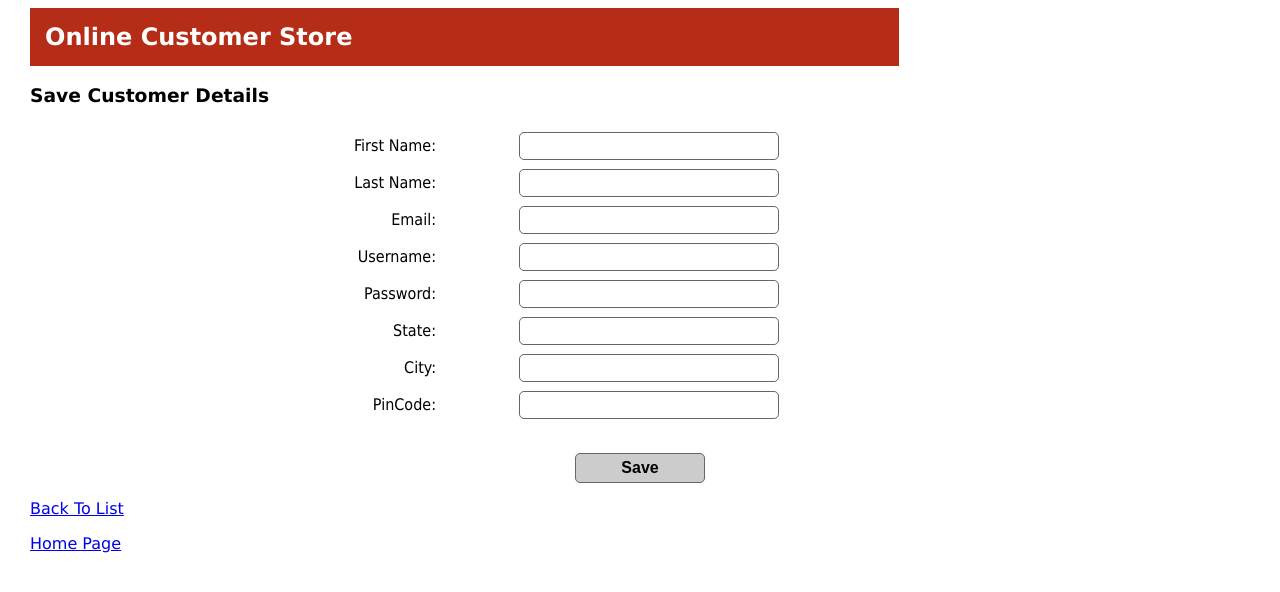
Repository: vsc8791/IMS
Page: http://localhost/onlinebookstore/WEB-INF/view/customer-form.jsp
An editor plug-in stored every save of this project. The page is shown before and after the next save, followed by the edit.
The browser window is 1280 px wide. The pictures show the whole page.
The page is served by Tomcat 9. Nobody is signed in. Other server files are loaded and not shown. The template is opened directly, without the code that normally fills it, so the values that code supplies are empty.

Above is the page before, as saved 2018-07-30 13:49:58.

### onlinebookstore/WebContent/WEB-INF/view/customer-form.jsp
 <%@ taglib prefix="form" uri="http://www.springframework.org/tags/form"%>
<!DOCTYPE html>
<html>
<head>

<title>Save Customer</title>
<link type="text/css" rel="stylesheet"
	href="${pageContext.request.contextPath}/resources/css/style.css">

<title>Save Customer</title>
<link type="text/css" rel="stylesheet"
	href="${pageContext.request.contextPath}/resources/css/add-customer-style.css">
</head>
<body>
	<div id="wrapper">
		<div id="header">
			<h2>Online Customer Store</h2>
		</div>
	</div>
	<div>
		<h3>Save Customer Details</h3>

		<h1 align="center" style="color:red">${message}</h1>
		<form:form action="saveCustomerRegistration" modelAttribute="customer"
			method="POST">
			<!-- need to associate this data with Customer Id -->
			<form:hidden path="id"/>

			<table align="center">
				<tbody>

					<tr>
						<td><label>First Name:</label></td>
						<td><form:input path="firstname" /></td>
					</tr>

					<tr>
						<td><label>Last Name:</label></td>
						<td><form:input path="lastname" /></td>
					</tr>

					<tr>
						<td><label>Email:</label></td>
						<td><form:input path="email" type="email" /></td>
					</tr>


					<tr>
						<td><label>Username:</label></td>
						<td><form:input path="username"/></td>
					</tr>
					<tr>
						<td><label>Password:</label></td>
						<td><form:input path="password" type="password" /></td>
					</tr>
					<tr>
						<td><label>State:</label></td>
						<td><form:input path="state" /></td>
					</tr>
					<tr>
						<td><label>City:</label></td>
						<td><form:input path="city"/></td>
					</tr>

					<tr>
						<td><label>PinCode:</label></td>
						<td><form:input path="pincode"  type="number"/></td>
					</tr>

				</tbody>

			</table>
			<center><input  type="submit" value="Save" class="save" /></center>
		</form:form>
		<!--  <center><input  type="submit" value="Save" class="save"/> </center> -->
		<div style="clear;both;"></div>
		<p><a href="${pageContext.request.contextPath}/customer/list">Back To List</a></p>
			<a href="http://localhost:8082/onlinebookstore/">Home Page</a>
	</div>

</body>


</html>

### onlinebookstore/WebContent/resources/css/style.css
html, body{
	margin-left:15px; margin-right:15px;
	padding:0px;
	font-family:Verdana, Arial, Helvetica, sans-serif;
}

table {
	border-collapse:collapse;
	border-bottom:1px solid gray;
	font-family: Tahoma,Verdana,Segoe,sans-serif;
	width:72%;
}

th {
	border-bottom:1px solid gray;
	background:none repeat scroll 0 0 #ff8080;
	padding:10px;
	color: #FFFFFF;
}

tr {
	border-top:1px solid gray;
	text-align:center;
}

tr:nth-child(even) {background: #FFFFFF}
tr:nth-child(odd) {background: #BBBBBB}

#wrapper {width: 100%; margin-top: 0px; }
#header {width: 70%; background:#b52c17; margin-top: 0px; padding:15px 0px 15px 15px;}
#header h2 {width: 100%; margin:auto; color: #FFFFFF;}
#container {width: 100%; margin:auto}
#container h3 {color: #000;}
#container #content {margin-top: 20px;}

.add-button {
	border: 1px solid #666;
	border-radius: 5px;
	padding: 4px;
	font-size: 12px;
	font-weight: bold;
	width: 120px;
	padding: 5px 10px;

	margin-bottom: 15px;
	background: #cccccc;
}

Loaded but not shown: onlinebookstore/WebContent/resources/css/add-customer-style.css (common file)

After the next save:
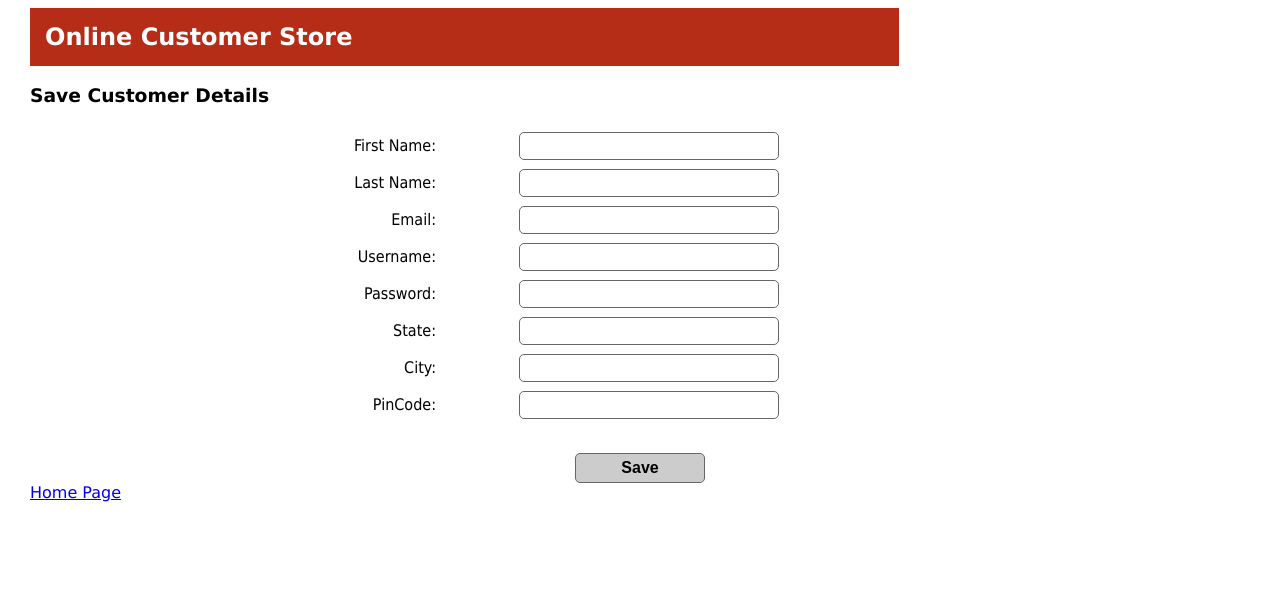
Saved 14 s later.
--- a/onlinebookstore/WebContent/WEB-INF/view/customer-form.jsp
+++ b/onlinebookstore/WebContent/WEB-INF/view/customer-form.jsp
@@ -74,7 +74,7 @@
 		</form:form>
 		<!--  <center><input  type="submit" value="Save" class="save"/> </center> -->
 		<div style="clear;both;"></div>
-		<p><a href="${pageContext.request.contextPath}/customer/list">Back To List</a></p>
+
 			<a href="http://localhost:8082/onlinebookstore/">Home Page</a>
 	</div>
 
